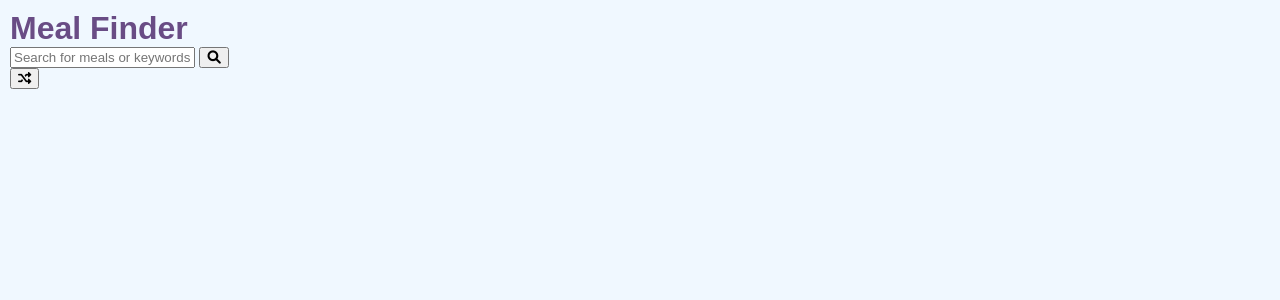
Repository: AbrorjonKuchkarov/search-meal
Page: index.html
These files come from the project's save history. The page is drawn as it stood at one moment and after the next save; the edit follows.
The browser window is 1280 px wide. The pictures show the whole page.

Above is the page before, as saved 2022-02-24 23:14:39.

### index.html
<!DOCTYPE html>
<html lang="en">
<head>
   <meta charset="UTF-8">
   <meta http-equiv="X-UA-Compatible" content="IE=edge">
   <meta name="viewport" content="width=device-width, initial-scale=1.0">
   <link rel="stylesheet" href="style.css">
   <link rel="stylesheet" href="https://cdnjs.cloudflare.com/ajax/libs/font-awesome/6.0.0/css/all.min.css">
   <title>Meal Finder</title>
</head>
<body>
   <div class="container">
      <h1>Meal Finder</h1>
      <div class="flex">
         <form id="submit" class="flex" >
            <input type="text" class="search" placeholder="Search for meals or keywords">
            <button id="searchBtn" type="submit" >
               <i class="fas fa-search"></i>
            </button>
         </form>
         <button class="randomBtn" id="random">
            <i class="fas fa-random"></i>
         </button>
      </div>

      <div id="result-handling"></div>
      <div id="meals" class="meals"></div>
      <div id="single-meal"></div>
   </div>


<script src="app.js"></script>
</body>
</html>

### style.css
*{
   box-sizing: border-box;
   margin: 0;
}

body{
   font-family: Arial, Helvetica, sans-serif;
   background-color: aliceblue;
   padding: 10px;
   color: rgb(105, 76, 133);
}

.container{
   margin: auto;
}

Loaded but not shown: app.js (no copy from this time; the picture is the same without it)

After the next save:
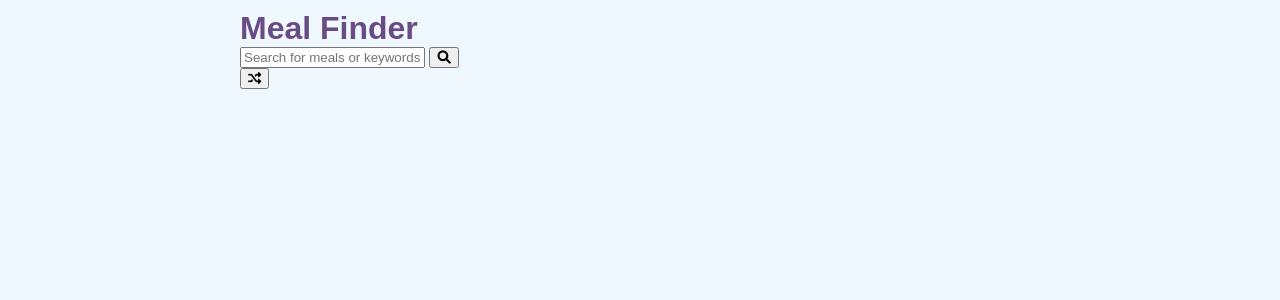
Saved 9 s later.
--- a/style.css
+++ b/style.css
@@ -12,4 +12,5 @@ body{
 
 .container{
    margin: auto;
+   max-width: 800px;
 }
